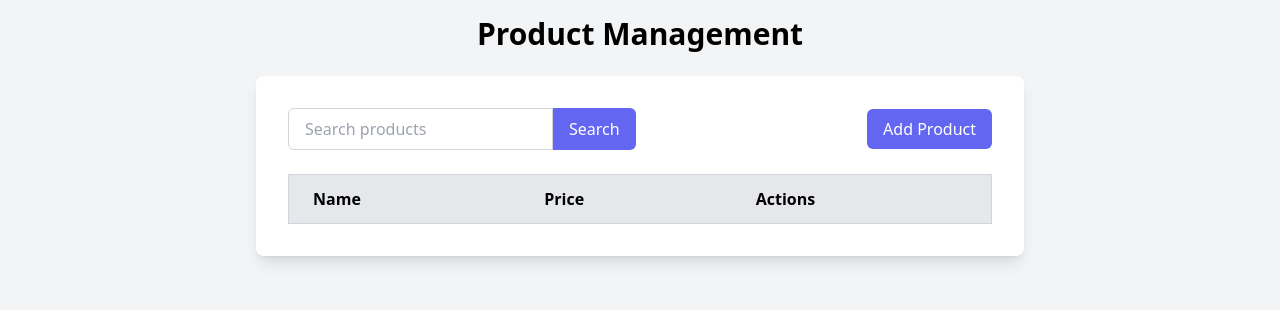
Repository: shaafsalman/product-Management-MERN
Page: /home (app in frontend/)
These files come from the project's save history. The page is drawn as it stood at one moment and after a run of saves; the edit follows.
The browser window is 1280 px wide. The pictures show the whole page.
The page's requests for data from a server got no answer. The project was rebuilt for these pictures with package versions that can differ from the ones it lists, and the page was loaded fresh each time. No one was signed in, and anything a server would have sent is missing. Also part of the build but not shown: frontend/vite.config.js, frontend/src/Cards/messageCard.jsx, frontend/src/Pages/Login.jsx, frontend/src/Pages/SighnUp.jsx, frontend/src/Pages/NoPage.jsx, frontend/src/Pages/AddProduct.jsx.

Above is the page before, as saved 2024-05-15 07:37:36.

### frontend/src/App.jsx
import React from 'react';
import { BrowserRouter as Router, Routes, Route, Navigate } from 'react-router-dom';
import Login from "./Pages/Login"
import Signup from "./Pages/SighnUp"
import NoPage from './Pages/NoPage';
import Home from './Pages/Home';

const App = () => {
  return (
    <div className="App">
      <Router>
        <div>
          <Routes>
            <Route path="/" element={<Login/>} />
            <Route path="/login" element={<Login />} />
            <Route path="/login" element={<Login />} />
            <Route path="/signup" element={<Signup />} />
            <Route path="/register" element={<Signup />} />
            <Route path="/home" element={<Home />} />
            <Route path="/*" element={<NoPage />} />
          </Routes>
        </div>
      </Router>
    </div>
  );
};


export default App;

### frontend/src/index.css
@tailwind base;
@tailwind components;
@tailwind utilities;


*
{
  margin: 0;
  padding: 0;
  box-sizing: border-box;
}

body,html
{
  background-color:silver
}

### frontend/src/Pages/Home.jsx
import React, { useState, useEffect } from 'react';
import AddProduct from './AddProduct';
import axios from 'axios';
import MessageCard from './../Cards/messageCard'

const Home = () => {
  const [products, setProducts] = useState([]);
  const [searchTerm, setSearchTerm] = useState('');
  const [searchResults, setSearchResults] = useState([]);
  const [showAddProduct, setShowAddProduct] = useState(false);
  const [message, setMessage] = useState(null); // State for message

  useEffect(() => {
    fetchProducts();
  }, []);

  useEffect(() => {
    const timer = setTimeout(() => {
      setMessage(null);
    }, 4000);
    return () => clearTimeout(timer);
  }, [message]);

  const fetchProducts = async () => {
    try {
      const response = await axios.get('http://localhost:8080/api/products/');
      setProducts(response.data || []);
      setSearchResults(response.data || []);
      console.log('data from response: ', response.data);
      console.log('Search Results:', searchResults);
    } catch (error) {
      console.error('Error fetching products:', error);
    }
};

  const handleSearch = () => {
    const results = products.filter(product =>
      product.name.toLowerCase().includes(searchTerm.toLowerCase())
    );
    setSearchResults(results);
  };

  const showAdd = () => {
    setShowAddProduct(true);
  };

  const toggleAddProduct = () => {
    setShowAddProduct(!showAddProduct);
  };

  const handleUpdateProduct = async (productId, updatedProduct) => {
    try {
      const response = await axios.put(`http://localhost:8080/api/products/${productId}`, updatedProduct);
      const updatedProducts = products.map(product =>
        product._id === productId ? response.data : product
      );
      setProducts(updatedProducts);
      setSearchResults(updatedProducts);
      setMessage({ Heading: 'Success', Message: 'Product updated successfully!' }); // Set success message
    } catch (error) {
      console.error('Error updating product:', error);
      setMessage({ Heading: 'Error', Message: 'Failed to update product' }); // Set error message
    }
  };

  const handleDeleteProduct = async (productId) => {
    try {
      await axios.delete(`http://localhost:8080/api/products/${productId}`);
      const updatedProducts = products.filter(product => product._id !== productId);
      setProducts(updatedProducts);
      setSearchResults(updatedProducts);
      setMessage({ Heading: 'Success', Message: 'Product deleted successfully!' }); // Set success message
    } catch (error) {
      console.error('Error deleting product:', error);
      setMessage({ Heading: 'Error', Message: 'Failed to delete product' }); // Set error message
    }
  };

  return (
    <div className="flex flex-col items-center min-h-screen bg-gray-100 p-4">
      <h1 className="text-3xl font-semibold mb-6">Product Management</h1>
      {message && (
        <MessageCard Heading={message.Heading} Message={message.Message} onClose={() => setMessage(null)} />
      )}
      <div className="w-full max-w-screen-md bg-white shadow-lg rounded-lg p-8">
        <div className="flex items-center justify-between mb-6">
          <div className="flex">
            <input
              type="text"
              placeholder="Search products"
              value={searchTerm}
              onChange={(e) => setSearchTerm(e.target.value)}
              className="px-4 py-2 border border-gray-300 rounded-l-md focus:outline-none focus:border-indigo-500"
            />
            <button
              onClick={handleSearch}
              className="px-4 py-2 bg-indigo-500 text-white rounded-r-md hover:bg-indigo-600 focus:outline-none focus:bg-indigo-600"
            >
              Search
            </button>
          </div>
          <button
            onClick={showAdd}
            className="px-4 py-2 bg-indigo-500 text-white rounded-md hover:bg-indigo-600 focus:outline-none focus:bg-indigo-600"
          >
            Add Product
          </button>
        </div><table className="w-full border border-collapse border-gray-300">
  <thead>
    <tr className="bg-gray-200">
      <th className="px-6 py-3 text-left">Name</th>
      <th className="px-6 py-3 text-left">Price</th>
      <th className="px-6 py-3 text-left">Actions</th>
    </tr>
  </thead>
  <tbody>
    {searchResults.map((product, index) => (
      <tr key={index} className={(index % 2 === 0) ? "bg-gray-100" : "bg-white"}>
        <td className="px-6 py-4">{product.name}</td>
        <td className="px-6 py-4">{product.price}</td>
        <td className="px-6 py-4 space-x-2">
          <button
            onClick={() => handleUpdateProduct(product._id, { name: 'Updated Name', price: 0 })}
            className="px-4 py-2 bg-blue-500 text-white rounded-md hover:bg-blue-600 focus:outline-none focus:bg-blue-600"
          >
            Update
          </button>
          <button
            onClick={() => handleDeleteProduct(product._id)}
            className="px-4 py-2 bg-indigo-500 text-white rounded-md hover:bg-indigo-600 focus:outline-none focus:bg-indigo-600"
          >
            Delete
          </button>
        </td>
      </tr>
    ))}
  </tbody>
</table>



      </div>
      {showAddProduct && (
        <div className="fixed top-0 left-0 w-full h-full bg-gray-900 bg-opacity-75 flex justify-center items-center">
          <AddProduct onClose={toggleAddProduct} setMessage={setMessage} /> // Pass setMessage to AddProduct
        </div>
      )}
    </div>
  );
};

export default Home;

Loaded but not shown: frontend/index.html (common file); frontend/src/main.jsx (common file); frontend/tailwind.config.js (common file)

After the next 2 saves:
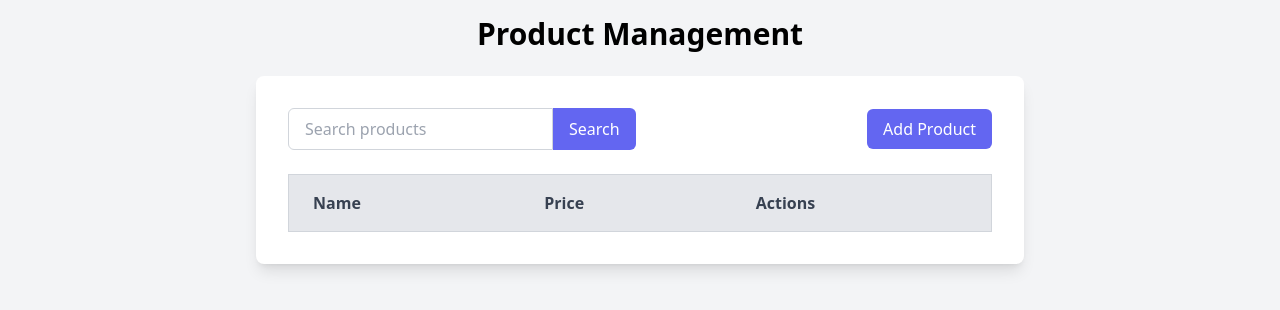
The 2 saves are shown as one change because they came seconds apart.
The last was saved 38 s later.
--- a/frontend/src/Pages/Home.jsx
+++ b/frontend/src/Pages/Home.jsx
@@ -105,29 +105,30 @@ const Home = () => {
           >
             Add Product
           </button>
-        </div><table className="w-full border border-collapse border-gray-300">
+        </div>
+        <table className="w-full border border-collapse border-gray-300">
   <thead>
-    <tr className="bg-gray-200">
-      <th className="px-6 py-3 text-left">Name</th>
-      <th className="px-6 py-3 text-left">Price</th>
-      <th className="px-6 py-3 text-left">Actions</th>
+    <tr className="bg-gray-200 text-gray-700">
+      <th className="px-6 py-4 text-left">Name</th>
+      <th className="px-6 py-4 text-left">Price</th>
+      <th className="px-6 py-4 text-left">Actions</th>
     </tr>
   </thead>
   <tbody>
     {searchResults.map((product, index) => (
       <tr key={index} className={(index % 2 === 0) ? "bg-gray-100" : "bg-white"}>
-        <td className="px-6 py-4">{product.name}</td>
-        <td className="px-6 py-4">{product.price}</td>
+        <td className="px-6 py-4 text-gray-800">{product.name}</td>
+        <td className="px-6 py-4 text-gray-800">{product.price}</td>
         <td className="px-6 py-4 space-x-2">
           <button
             onClick={() => handleUpdateProduct(product._id, { name: 'Updated Name', price: 0 })}
-            className="px-4 py-2 bg-blue-500 text-white rounded-md hover:bg-blue-600 focus:outline-none focus:bg-blue-600"
+            className="px-4 py-2 bg-blue-500 text-white rounded-md hover:bg-blue-600 focus:outline-none focus:bg-blue-600 transition duration-300"
           >
             Update
           </button>
           <button
             onClick={() => handleDeleteProduct(product._id)}
-            className="px-4 py-2 bg-indigo-500 text-white rounded-md hover:bg-indigo-600 focus:outline-none focus:bg-indigo-600"
+            className="px-4 py-2 bg-indigo-500 text-white rounded-md hover:bg-indigo-600 focus:outline-none focus:bg-indigo-600 transition duration-300"
           >
             Delete
           </button>
